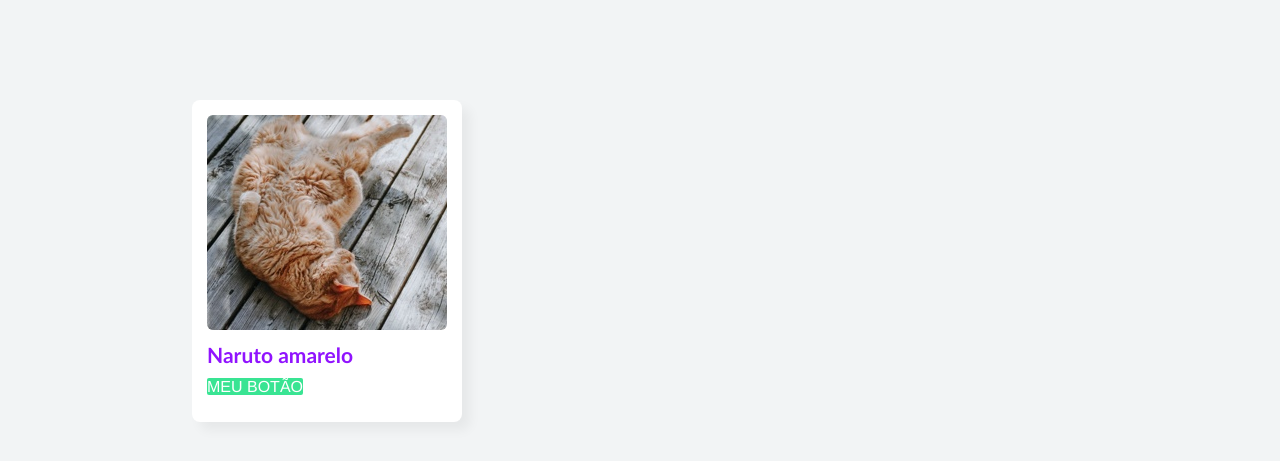
Repository: alessandradiamantino/Curso-Front-End-Design
Page: 1 - Introdução ao HTML e CSS/2 - Exercício CSS/01/codesignerspro-arquivos-exercicio-css-02/codesignerspro-arquivos-exercicio-css-02/index.html
These files come from the project's save history. The page is drawn as it stood at one moment and after a run of saves; the edit follows.
The browser window is 1280 px wide. The pictures show the whole page.

Above is the page before, as saved 2021-07-28 12:00:57.

### 1 - Introdução ao HTML e CSS/2 - Exercício CSS/01/codesignerspro-arquivos-exercicio-css-02/codesignerspro-arquivos-exercicio-css-02/index.html
<!DOCTYPE html>
<html lang="pt-br">

<head>
  <meta charset="UTF-8">
  <meta name="viewport" content="width=device-width, initial-scale=1.0">
  <meta http-equiv="X-UA-Compatible" content="ie=edge">
  <title>Exercício CSS 02</title>
  <link rel="stylesheet" type="text/css" href="css/style.css" />
</head>

<body>
  <main>
  <div class="card-container">
    <div class="card">
      <img src="images/gato-01.jpg"
        alt="gato deitado"
        title="gatinho"
        class="card-image"
      />
      <div class="card-body">
        <h1>Naruto amarelo</h1>
    </div>
    <div class="card-footer">
     <a href="https://web.whatsapp.com/" class="btn">Meu Botão</a>
    </div>
  </div>
</div>
  </main>
</body>

</html>

### 1 - Introdução ao HTML e CSS/2 - Exercício CSS/01/codesignerspro-arquivos-exercicio-css-02/codesignerspro-arquivos-exercicio-css-02/css/style.css
body{
  background-color: #f2f4f5;
  margin: 0;
}
main {
  width: 70%;
  display: table;
  margin: 100px auto 0 auto;
}
.card-container {
  width: 270px;
  display: table;
}

.card {
  width: 100%;
  display: table;
  background-color: #fff;
  border-radius: 8px;
  box-shadow: 8px 8px 12px rgba(0, 0, 0, 0.05);
  padding: 15px;
  box-sizing: border-box;
}

.card .card-image {
  width: 100%;
  max-width: 100%;
  height: auto;
  border-radius: 6px;
  display: block;
}

.card .card-body {
  width: 100%;
  display: table;
  margin-top: 13px;
}

.card .card-body h1 {
  font-family:'Gill Sans', 'Gill Sans MT', Calibri, 'Trebuchet MS', sans-serif;
  font-size: 21px;
  font-weight: 800;
  line-height: 24px;
  color: #9013fe;
  margin: 0;
}

.card .card-footer {
  width: 100%;
  display: table;
}

/* botões */

.btn {
  width: 100%;
  height: 40px;
  background-color: #39e493;
  color: #fff;
  font-family:'Franklin Gothic Medium', 'Arial Narrow', Arial, sans-serif;
  font-size: 16px;
  text-transform: uppercase;
  line-height: 40px;
  text-decoration: none;
  border-radius: 2px;
}

After the next 3 saves:
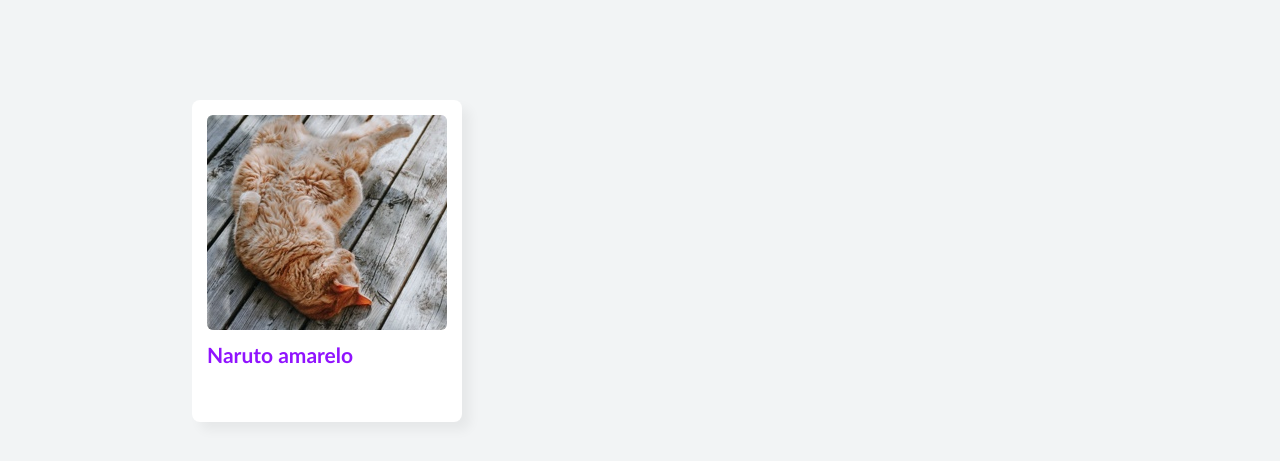
The 3 saves are shown as one change because they came seconds apart.
The last was saved 23 s later.
--- a/1 - Introdução ao HTML e CSS/2 - Exercício CSS/01/codesignerspro-arquivos-exercicio-css-02/codesignerspro-arquivos-exercicio-css-02/css/style.css
+++ b/1 - Introdução ao HTML e CSS/2 - Exercício CSS/01/codesignerspro-arquivos-exercicio-css-02/codesignerspro-arquivos-exercicio-css-02/css/style.css
@@ -55,6 +55,7 @@
 .btn {
   width: 100%;
   height: 40px;
+  display:
   background-color: #39e493;
   color: #fff;
   font-family:'Franklin Gothic Medium', 'Arial Narrow', Arial, sans-serif;

After the save that followed:
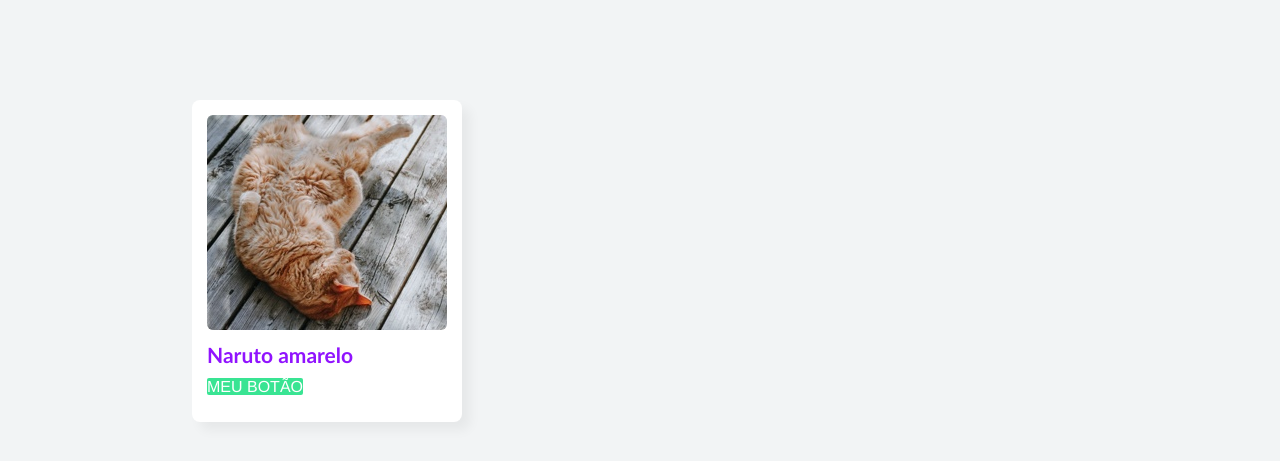
Saved 6 s later.
--- a/1 - Introdução ao HTML e CSS/2 - Exercício CSS/01/codesignerspro-arquivos-exercicio-css-02/codesignerspro-arquivos-exercicio-css-02/css/style.css
+++ b/1 - Introdução ao HTML e CSS/2 - Exercício CSS/01/codesignerspro-arquivos-exercicio-css-02/codesignerspro-arquivos-exercicio-css-02/css/style.css
@@ -55,7 +55,7 @@
 .btn {
   width: 100%;
   height: 40px;
-  display:
+  display: ;
   background-color: #39e493;
   color: #fff;
   font-family:'Franklin Gothic Medium', 'Arial Narrow', Arial, sans-serif;
